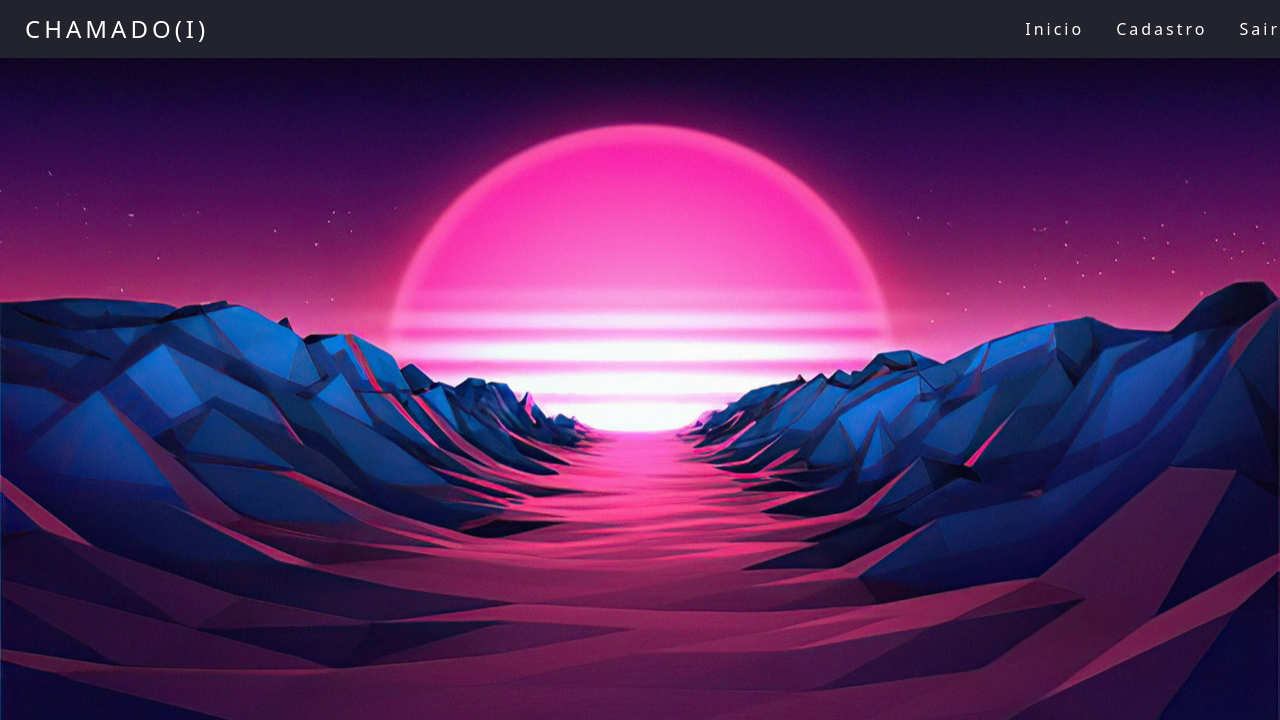
Repository: isaquemc2001/isaque-utilities
Page: index.html
An editor plug-in stored every save of this project. The page is shown before and after the next save, followed by the edit.
The browser window is 1280 px wide. The pictures show the whole page.

Above is the page before, as saved 2021-10-28 12:50:39.

After the next save:
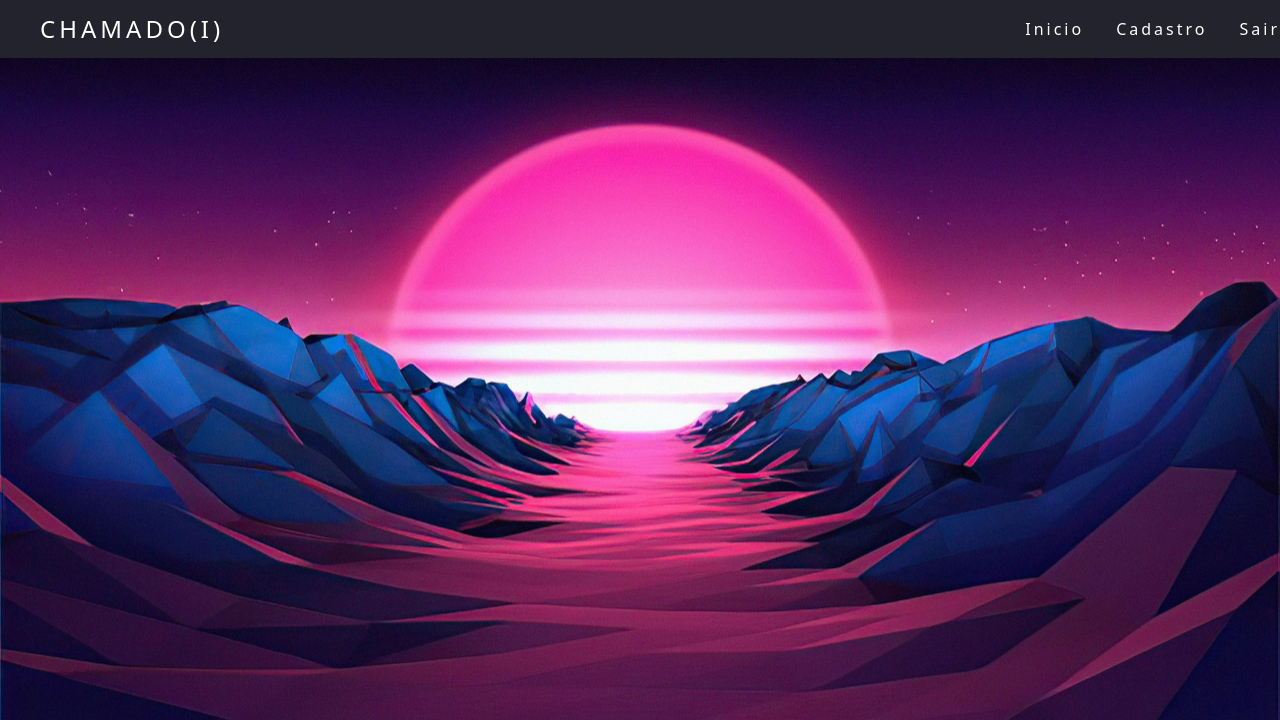
Saved 5 s later.
--- a/style.css
+++ b/style.css
@@ -17,7 +17,7 @@ a:hover {
     font-size: 24px;
     text-transform: uppercase;
     letter-spacing: 4px;
-    margin-left: 25px;
+    margin-left: 40px;
 }
 
 nav {
